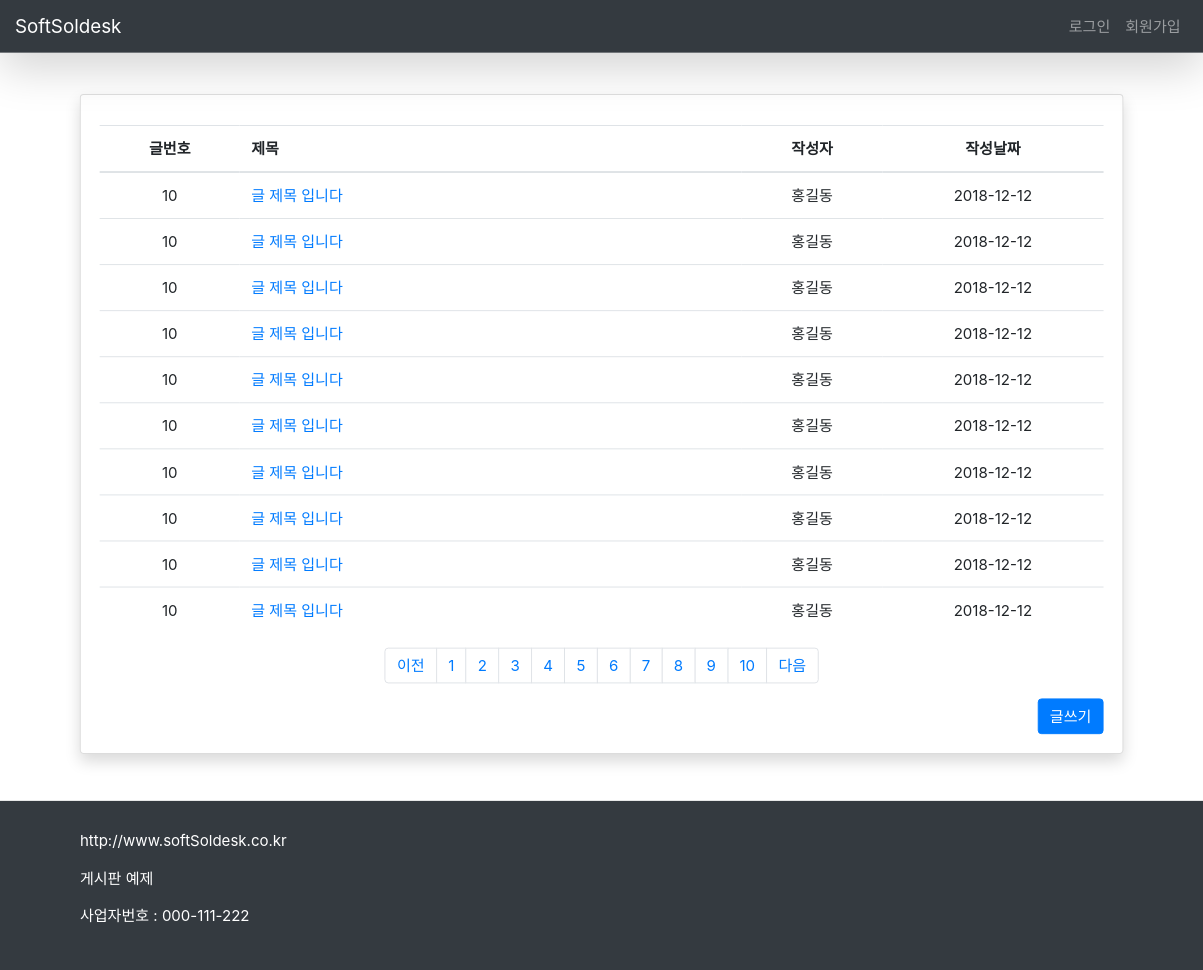
Repository: JunMinki/testGit
Page: http://localhost/BoardProject/WEB-INF/views/board/main.jsp
These files come from the project's save history. The page is drawn as it stood at one moment and after a run of saves; the edit follows.
The browser window is 1280 px wide. The pictures show the whole page, at 94% of full size.
The page is served by Tomcat 9. Nobody is signed in. The template is opened directly, without the code that normally fills it, so the values that code supplies are empty.

Above is the page before, as saved 2024-07-31 01:58:35.

After the next 2 saves:
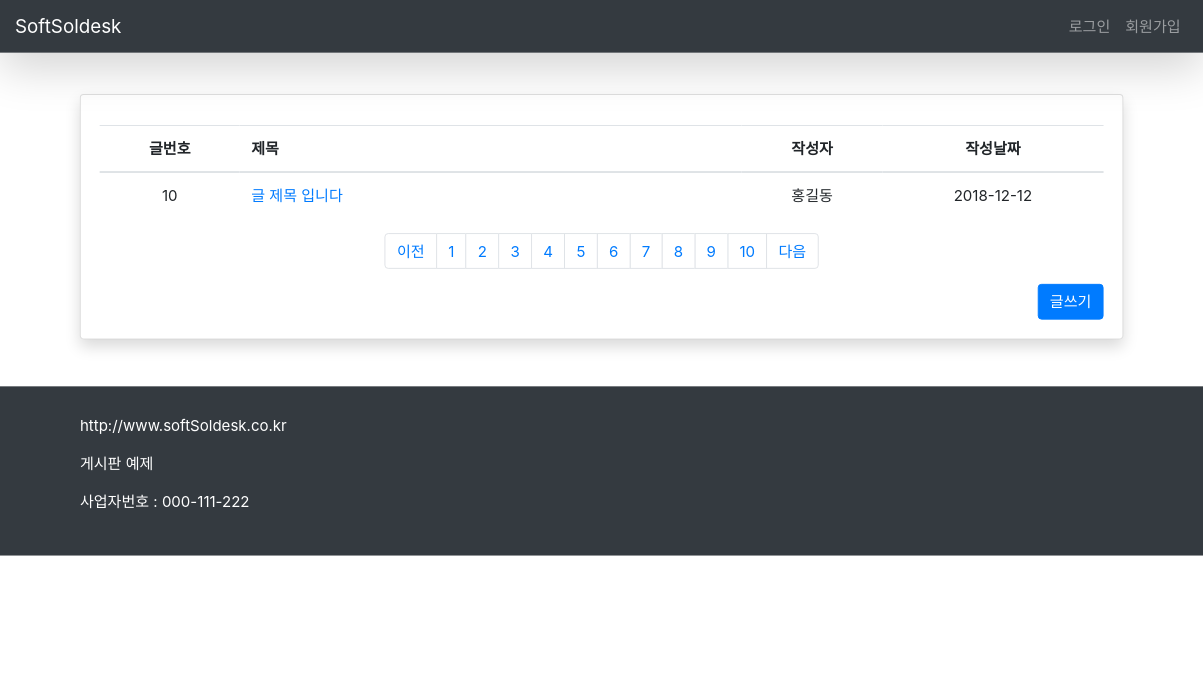
The 2 saves are shown as one change because they came seconds apart.
The last was saved 4 min 45 s later.
--- a/BoardProject/src/main/webapp/WEB-INF/views/board/main.jsp
+++ b/BoardProject/src/main/webapp/WEB-INF/views/board/main.jsp
@@ -36,69 +36,6 @@
 						<tr>
 							<td class="text-center d-none d-md-table-cell">10</td>
 							<td><a href='${root }board/read'>글 제목 입니다</a></td>
-							<td class="text-center d-none d-md-table-cell">홍길동</td>
-							<td class="text-center d-none d-md-table-cell">2018-12-12</td>
-
-						</tr>
-						<tr>
-							<td class="text-center d-none d-md-table-cell">10</td>
-							<td><a href='board_read.html'>글 제목 입니다</a></td>
-							<td class="text-center d-none d-md-table-cell">홍길동</td>
-							<td class="text-center d-none d-md-table-cell">2018-12-12</td>
-
-						</tr>
-						<tr>
-							<td class="text-center d-none d-md-table-cell">10</td>
-							<td><a href='board_read.html'>글 제목 입니다</a></td>
-							<td class="text-center d-none d-md-table-cell">홍길동</td>
-							<td class="text-center d-none d-md-table-cell">2018-12-12</td>
-
-						</tr>
-						<tr>
-							<td class="text-center d-none d-md-table-cell">10</td>
-							<td><a href='board_read.html'>글 제목 입니다</a></td>
-							<td class="text-center d-none d-md-table-cell">홍길동</td>
-							<td class="text-center d-none d-md-table-cell">2018-12-12</td>
-
-						</tr>
-						<tr>
-							<td class="text-center d-none d-md-table-cell">10</td>
-							<td><a href='board_read.html'>글 제목 입니다</a></td>
-							<td class="text-center d-none d-md-table-cell">홍길동</td>
-							<td class="text-center d-none d-md-table-cell">2018-12-12</td>
-
-						</tr>
-						<tr>
-							<td class="text-center d-none d-md-table-cell">10</td>
-							<td><a href='board_read.html'>글 제목 입니다</a></td>
-							<td class="text-center d-none d-md-table-cell">홍길동</td>
-							<td class="text-center d-none d-md-table-cell">2018-12-12</td>
-
-						</tr>
-						<tr>
-							<td class="text-center d-none d-md-table-cell">10</td>
-							<td><a href='board_read.html'>글 제목 입니다</a></td>
-							<td class="text-center d-none d-md-table-cell">홍길동</td>
-							<td class="text-center d-none d-md-table-cell">2018-12-12</td>
-
-						</tr>
-						<tr>
-							<td class="text-center d-none d-md-table-cell">10</td>
-							<td><a href='board_read.html'>글 제목 입니다</a></td>
-							<td class="text-center d-none d-md-table-cell">홍길동</td>
-							<td class="text-center d-none d-md-table-cell">2018-12-12</td>
-
-						</tr>
-						<tr>
-							<td class="text-center d-none d-md-table-cell">10</td>
-							<td><a href='board_read.html'>글 제목 입니다</a></td>
-							<td class="text-center d-none d-md-table-cell">홍길동</td>
-							<td class="text-center d-none d-md-table-cell">2018-12-12</td>
-
-						</tr>
-						<tr>
-							<td class="text-center d-none d-md-table-cell">10</td>
-							<td><a href='board_read.html'>글 제목 입니다</a></td>
 							<td class="text-center d-none d-md-table-cell">홍길동</td>
 							<td class="text-center d-none d-md-table-cell">2018-12-12</td>
 
